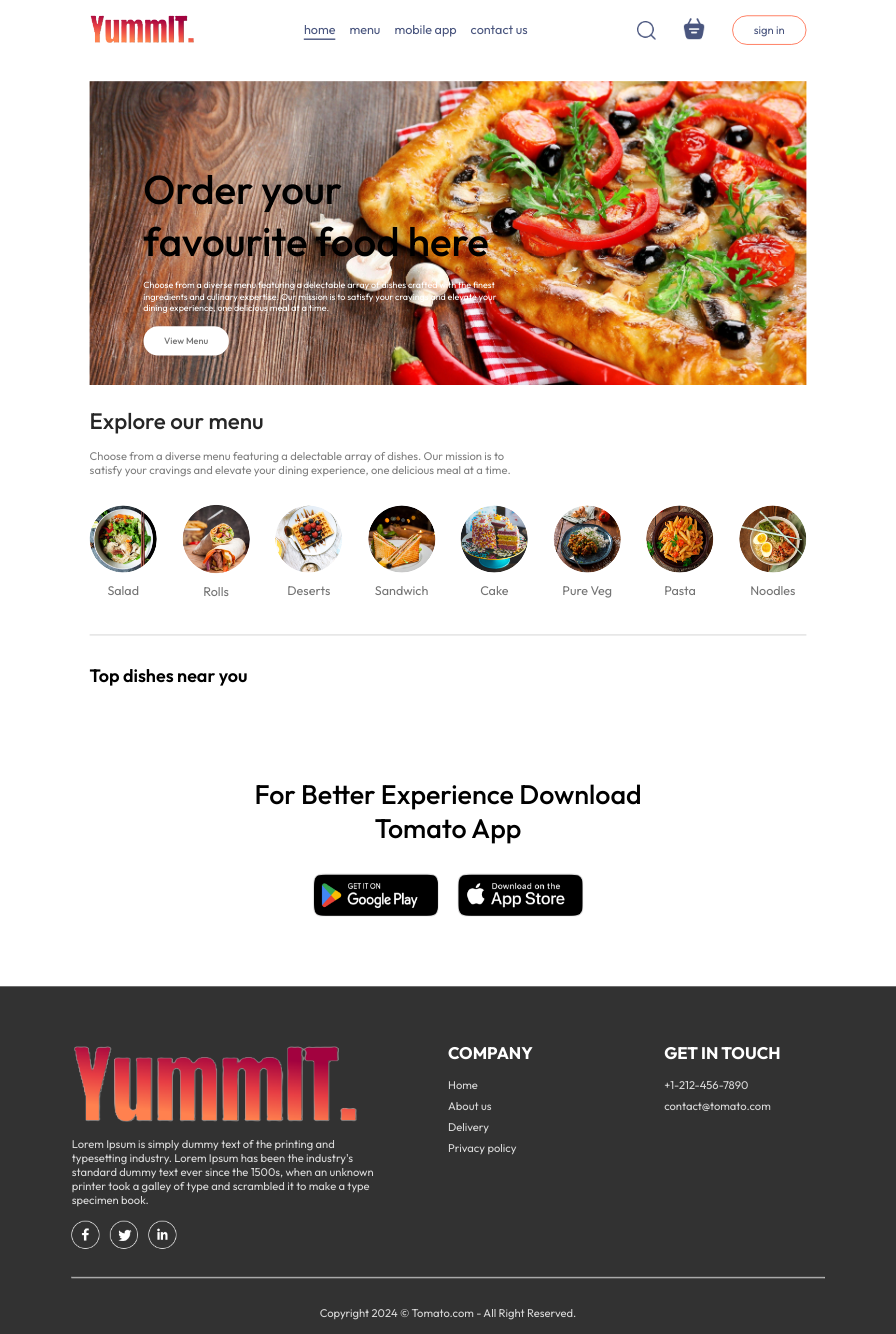
Repository: RiteshDumpala/FoodDelivery_website
Page: / (app in food-del/frontend/)
These files come from the project's save history. The page is drawn as it stood at one moment and after the next save; the edit follows.
The browser window is 1280 px wide. The pictures show the whole page, at 70% of full size.
The page's requests for data from a server got no answer. The project was rebuilt for these pictures with package versions that can differ from the ones it lists, and the page was loaded fresh each time. No one was signed in, and anything a server would have sent is missing. Also part of the build but not shown: food-del/frontend/vite.config.js, food-del/frontend/src/components/FoodItem/FoodItem.css, food-del/frontend/src/components/FoodItem/FoodItem.jsx, food-del/frontend/src/pages/Cart/Cart.css, food-del/frontend/src/pages/Cart/Cart.jsx, food-del/frontend/src/components/LoginPopup/LoginPopup.css, food-del/frontend/src/components/LoginPopup/LoginPopup.jsx, food-del/frontend/src/pages/PlaceOrder/PlaceOrder.css and 5 more.

Above is the page before, as saved 2024-12-02 12:20:47.

After the next save:
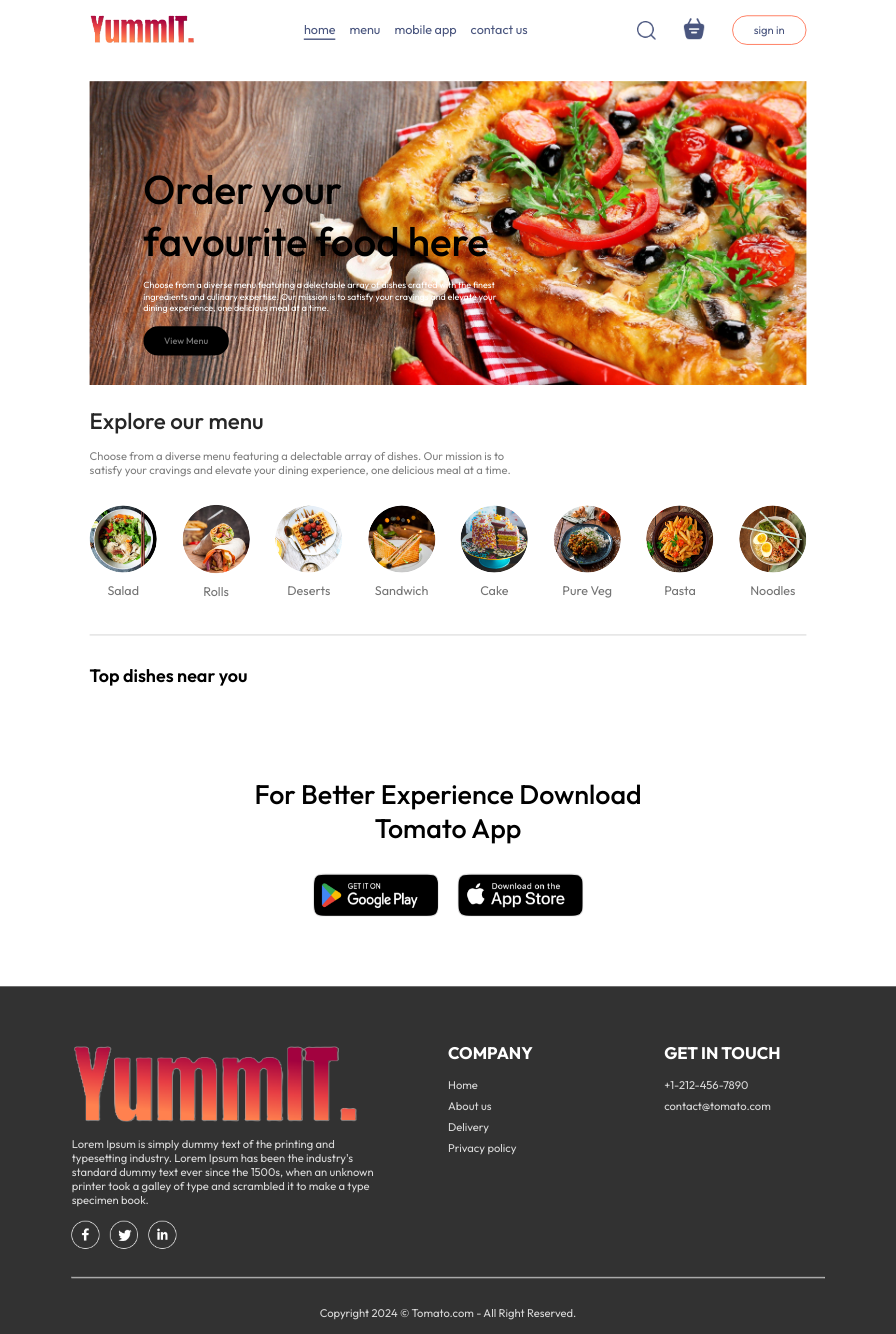
Saved 11 s later.
--- a/food-del/frontend/src/components/Header/Header.css
+++ b/food-del/frontend/src/components/Header/Header.css
@@ -30,7 +30,7 @@
     color: #747474;
     font-weight: 500;
     padding: 1vw 2.3vw;
-    background: white;
+    background: black;
     font-size: max(1vw,13px);
     border-radius: 50px;
 }
